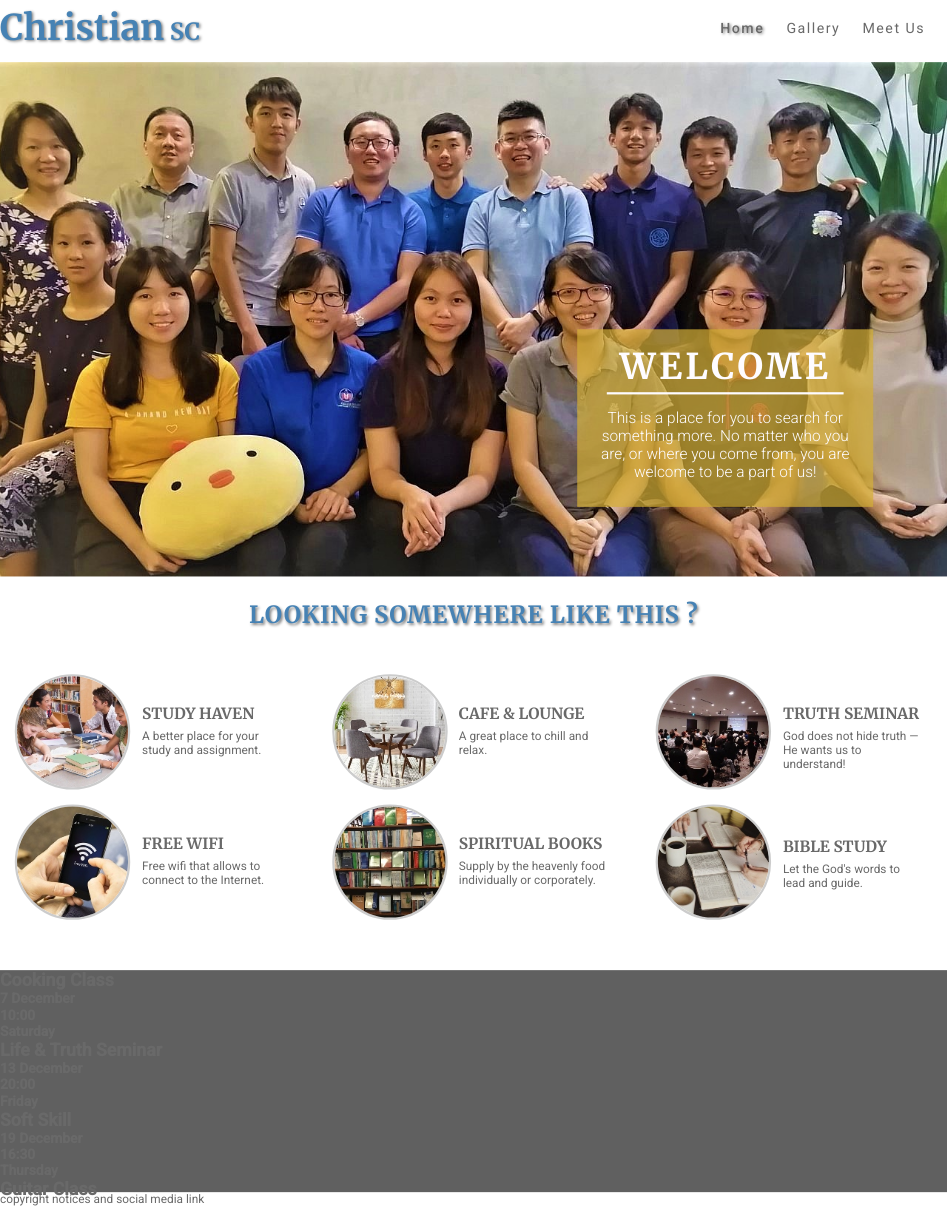
Repository: kongteckmee/christian-sc
Page: index.html
The author's editor kept a record of every edit. The page is drawn from the files as they stood at one moment, then again after the next edit.
The browser window is 1280 px wide. The pictures show the whole page, at 74% of full size.

Above is the page before.

After the next edit:
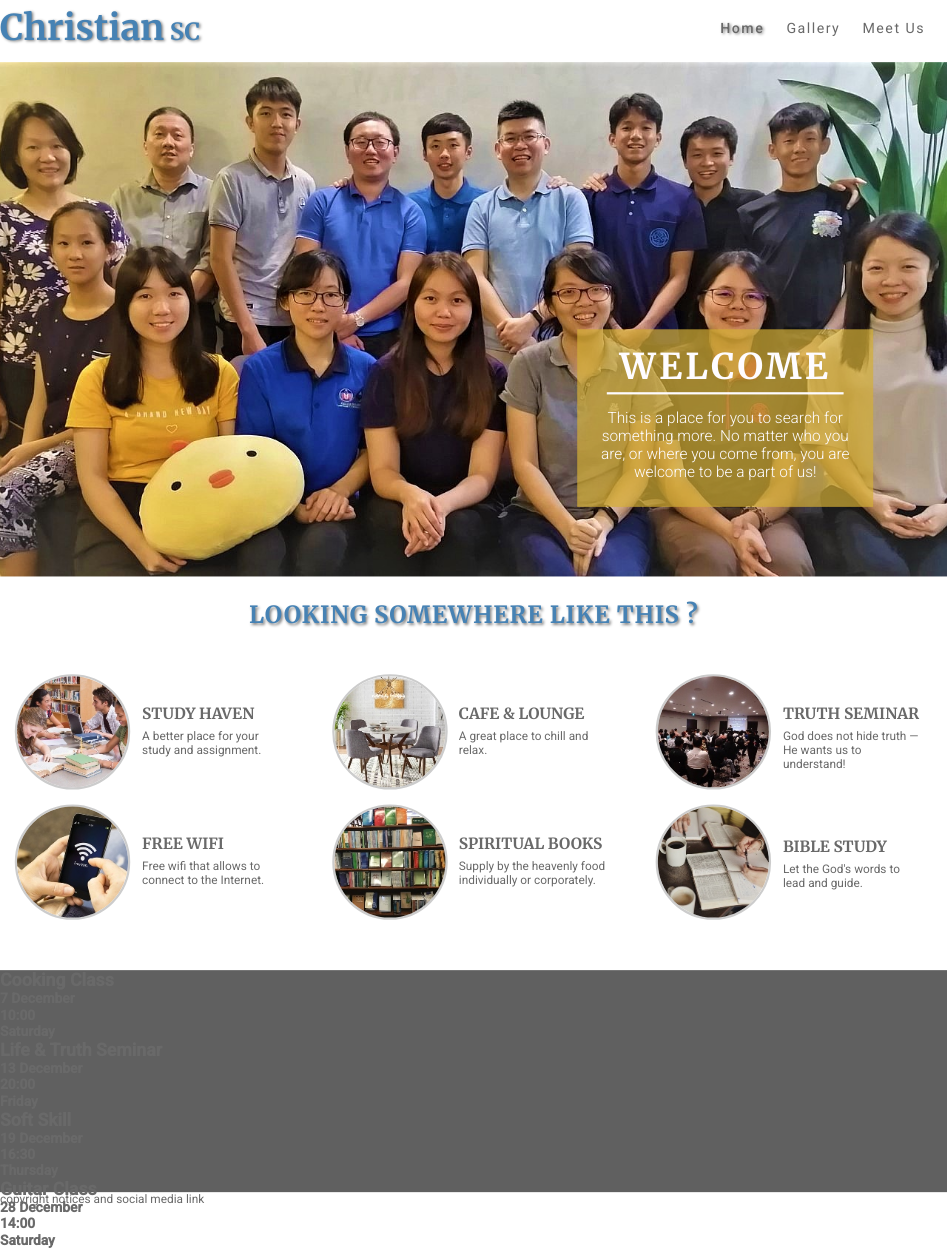
The edit:
--- a/index.html
+++ b/index.html
@@ -112,9 +112,9 @@
         </div>
         <div>
             <h2>Guitar Class</h2>
-            <h3></h3>
-            <h3></h3>
-            <h3></h3>
+            <h3>28 December</h3>
+            <h3>14:00</h3>
+            <h3>Saturday</h3>
         </div>
     </section>
     <footer>
